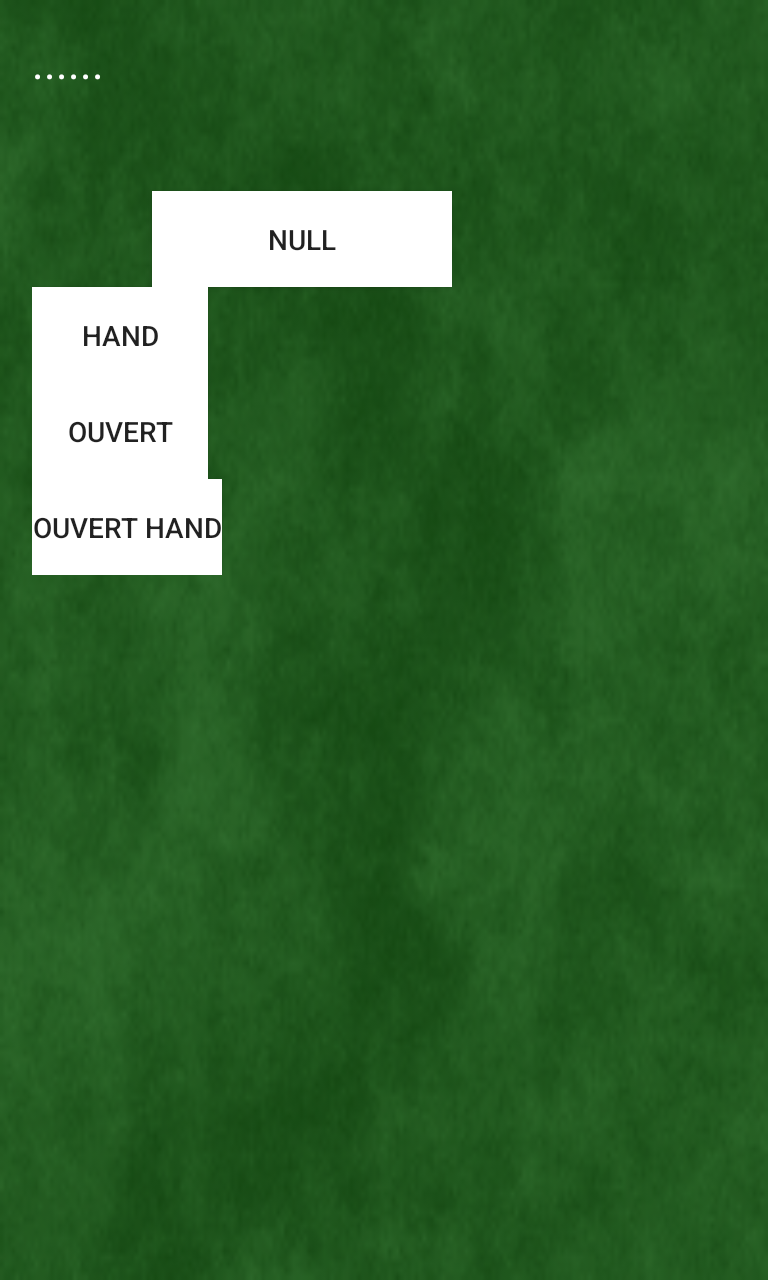
Repository: razinanu/InSy-Skat
Layout: InSy-Skat/res/layout/fragment_null_s.xml
An editor plug-in stored every save of this project. The layout is shown before and after the next save, followed by the edit.
It is drawn on a 768 x 1280 px phone screen (xhdpi) without system bars, with theme AppThemeWithoutActionBarTitle; the app's code is not run.

Above is the layout before, as saved 2014-06-21 19:07:52.

### InSy-Skat/res/layout/fragment_null_s.xml
<ScrollView xmlns:android="http://schemas.android.com/apk/res/android"
    xmlns:tools="http://schemas.android.com/tools"
    android:layout_width="match_parent"
    android:layout_height="match_parent"
    android:paddingBottom="@dimen/activity_vertical_margin"
    android:paddingLeft="@dimen/activity_horizontal_margin"
    android:paddingRight="@dimen/activity_horizontal_margin"
    android:paddingTop="@dimen/activity_vertical_margin"
    android:background="@drawable/hintergrundapp"
    tools:context="com.example.insy_skat.NullSPActivity$PlaceholderFragment" >


        <LinearLayout
            android:layout_width="match_parent"
            android:layout_height="wrap_content"
            android:orientation="vertical" >

            <TextView
                android:id="@+id/bubenAuswahlText"
                android:layout_width="wrap_content"
                android:layout_height="wrap_content"
                android:text="@string/nullspiel"
                android:textAppearance="?android:attr/textAppearanceLarge"
                android:textColor="#ffffff" />

            <Button
                android:id="@+id/nullsp"
                android:layout_width="150dp"
                android:layout_height="wrap_content"
                android:text="@string/nullString"
                android:gravity="center"
                android:layout_marginTop="50dp"
                android:layout_marginLeft="60dp"
                android:background="#ffffff" />

             <Button
                 android:id="@+id/nullH"
                 android:layout_width="wrap_content"
                 android:layout_height="wrap_content"
                 android:text="@string/nullH"
                 android:background="#ffffff" />

             <Button
                 android:id="@+id/nullou"
                 android:layout_width="wrap_content"
                 android:layout_height="wrap_content"
                 android:text="@string/nullou"
                 android:background="#ffffff" />

             <Button
                 android:id="@+id/nullouH"
                 android:layout_width="wrap_content"
                 android:layout_height="wrap_content"
                 android:text="@string/nullouH"
                 android:background="#ffffff" />

        </LinearLayout>


</ScrollView>

### InSy-Skat/res/values/strings.xml
<?xml version="1.0" encoding="utf-8"?>
<resources>

    <string name="app_name">Reizassistent</string>
    <string name="action_settings">Settings</string>
    <string name="zurueck">Zurück</string>
    <string name="weiter">Weiter</string>
    <string name="menue">Menü</string>
    <string name="abbrechen">Beenden</string>
    <string name="farbspielGrand">Farbspiel/Grand</string>
    <string name="nullString">Null</string>
    <string name="grand">Grand</string>
    <string name="reizassistent">Reizassistent</string>
    <string name="bubenAuswaehlen">Buben Auswählen</string>
    <string name="farbenAuswahl">Farben Auswählen</string>
    <string name="reizenTabelle">Reiztabelle</string>
    <string name="title_activity_selected_soldiers">SelectedSoldiers</string>
    <string name="title_activity_farben_auswahl">FarbenAuswahl</string>
    <string name="title_activity_result">ResultActivity</string>
    <string name="info_title">Zusätzliche Informationen</string>
    <string name="home_title">Hauptmenü</string>
    <string name="title_activity_null_sp">NullSPActivity</string>
    <string name="nullspiel">......</string>
     <string name="nullH">Hand</string>
     <string name="nullou">Ouvert</string>
     <string name="nullouH">Ouvert Hand</string>

</resources>

Loaded but not shown: InSy-Skat/res/values-v11/styles.xml (common file); InSy-Skat/res/values/styles.xml (common file); InSy-Skat/res/values-v14/styles.xml (common file); InSy-Skat/res/values/dimens.xml (common file); InSy-Skat/res/values-w820dp/dimens.xml (common file)

After the next save:
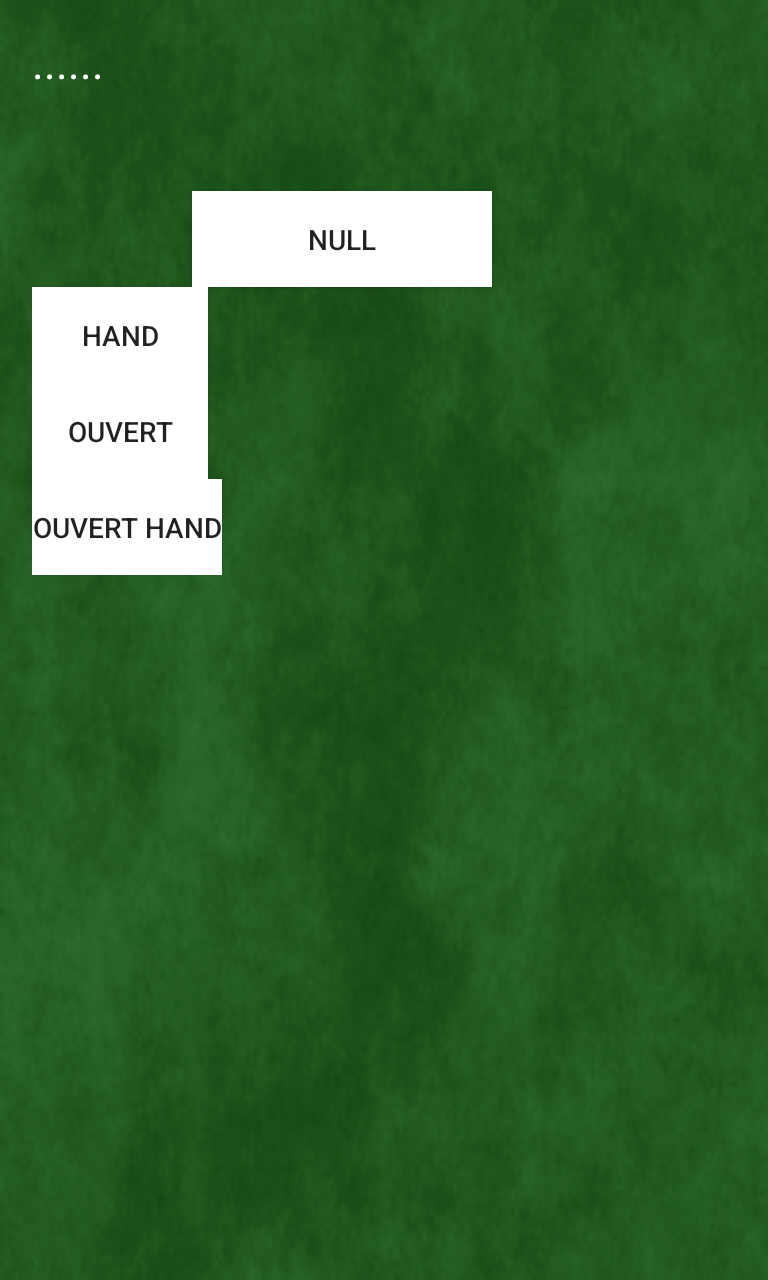
Saved 10 s later.
--- a/InSy-Skat/res/layout/fragment_null_s.xml
+++ b/InSy-Skat/res/layout/fragment_null_s.xml
@@ -30,7 +30,7 @@
                 android:text="@string/nullString"
                 android:gravity="center"
                 android:layout_marginTop="50dp"
-                android:layout_marginLeft="60dp"
+                android:layout_marginLeft="80dp"
                 android:background="#ffffff" />
 
              <Button
